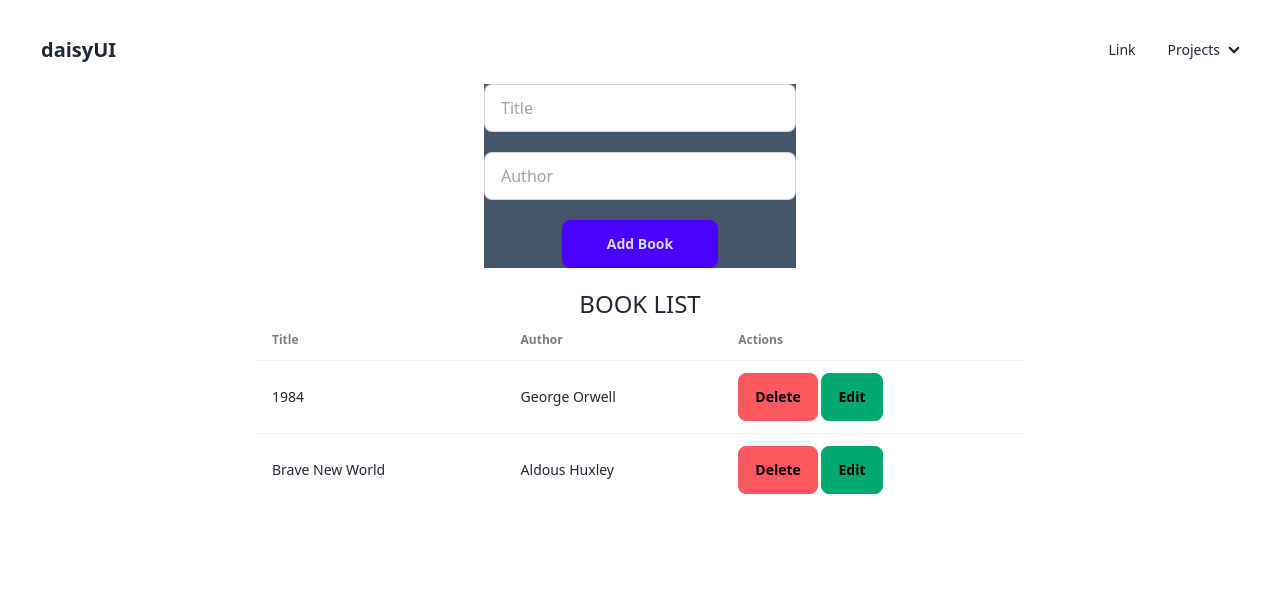
Repository: sibi24sibi/Crud-app-svelte
Page: /
The author's editor kept a copy of each file at every save. The page is drawn from the files as they stood at one save, then again after the next save.
The browser window is 1280 px wide. The pictures show the whole page.
The project was rebuilt for these pictures with package versions that can differ from the ones it lists, and the page was loaded fresh each time. Also part of the build but not shown: svelte.config.js, vite.config.js.

Above is the page before, as saved 2024-06-30 19:11:49.

### index.html
<!doctype html>
<html lang="en" data-theme="light">
  <head>
    <meta charset="UTF-8" />
    <link rel="icon" type="image/svg+xml" href="/vite.svg" />
    <meta name="viewport" content="width=device-width, initial-scale=1.0" />
    <title>Vite + Svelte</title>
  </head>
  <body>
    <div id="app"></div>
    <script type="module" src="/src/main.js"></script>
  </body>
</html>

### src/App.svelte
<script>
  import Navbar from "./Components/Navbar.svelte";

  import AddBook from "./Components/AddBook.svelte";
  import BookList from "./Components/BookList.svelte";
</script>

<main>
  <Navbar />

  <AddBook />
  <BookList />
</main>

<style>
  main {
    text-align: center;
    padding: 1em;
    margin: 0 auto;
  }
</style>

### src/Components/Navbar.svelte
<script></script>

<body>
  <div class="navbar bg-base-100">
    <div class="flex-1">
      <a class="btn btn-ghost text-xl">daisyUI</a>
    </div>
    <div class="flex-none">
      <ul class="menu menu-horizontal px-1">
        <li><a>Link</a></li>
        <li>
          <details>
            <summary>Projects</summary>
            <ul class="bg-base-100 rounded-t-none p-2">
              <li><a>Video player</a></li>
              <li><a>data entry</a></li>
            </ul>
          </details>
        </li>
      </ul>
    </div>
  </div>
</body>

<style>
</style>

### src/Components/AddBook.svelte
<script>
  import { books } from "./BookStore.js";
  let title = "";
  let author = "";

  function addBook() {
    books.update((items) => [
      ...items,
      { id: items.length ? items[items.length - 1].id + 1 : 1, title, author },
    ]);
    title = "";
    author = "";
  }
</script>

<div
  class="flex flex-col mx-auto gap-5 justify-center items-center bg-slate-600 w-1/4"
>
  <input
    placeholder="Title"
    class="input input-bordered w-full max-w-xs"
    bind:value={title}
  />
  <input
    placeholder="Author"
    class="input input-bordered w-full max-w-xs"
    bind:value={author}
  />
  <button class="btn btn-primary w-1/2" {addBook}>Add Book</button>
</div>

### src/Components/BookList.svelte
<script>
  import { books } from "./BookStore.js";
  let editableBook = null;

  function deleteBook(id) {
    books.update((items) => items.filter((item) => item.id !== id));
  }

  function editBook(book) {
    editableBook = { ...book };
  }

  function saveEdit() {
    books.update((items) =>
      items.map((item) => (item.id === editableBook.id ? editableBook : item))
    );
    editableBook = null;
  }
</script>

<div class="overflow-x-auto max-w-3xl mx-auto my-5">
  <h1 class="text-2xl uppercase">Book List</h1>
  <table class="table">
    <thead>
      <tr>
        <th>Title</th>
        <th>Author</th>
        <th>Actions</th>
      </tr>
    </thead>
    <tbody>
      {#each $books as book}
        <tr>
          {#if editableBook && editableBook.id === book.id}
            <td
              ><input
                class="input input-bordered"
                bind:value={editableBook.title}
              /></td
            >

            <td>
              <input
                class="input input-bordered"
                bind:value={editableBook.author}
              /></td
            >
            <td>
              <button class="btn btn-primary" on:click={saveEdit}>Save</button
              ></td
            >
          {:else}
            <td>{book.title} </td> <td> {book.author} </td>
            <td
              ><button
                class="btn btn-error"
                on:click={() => deleteBook(book.id)}>Delete</button
              >
              <button class="btn btn-success" on:click={() => editBook(book)}
                >Edit</button
              ></td
            >
          {/if}
        </tr>
      {/each}
    </tbody>
  </table>
</div>

### src/Components/BookStore.js
import { writable } from "svelte/store";

export const books = writable([
  { id: 1, title: "1984", author: "George Orwell" },
  { id: 2, title: "Brave New World", author: "Aldous Huxley" },
]);

### tailwind.config.js
/** @type {import('tailwindcss').Config} */
export default {
  content: ["./index.html", "./src/**/*.{svelte,js,ts,jsx,tsx}"],
  theme: {
    extend: {},
  },
  plugins: [require("daisyui")],
};

Loaded but not shown: src/main.js (common file); src/app.css (common file)

After the next save:
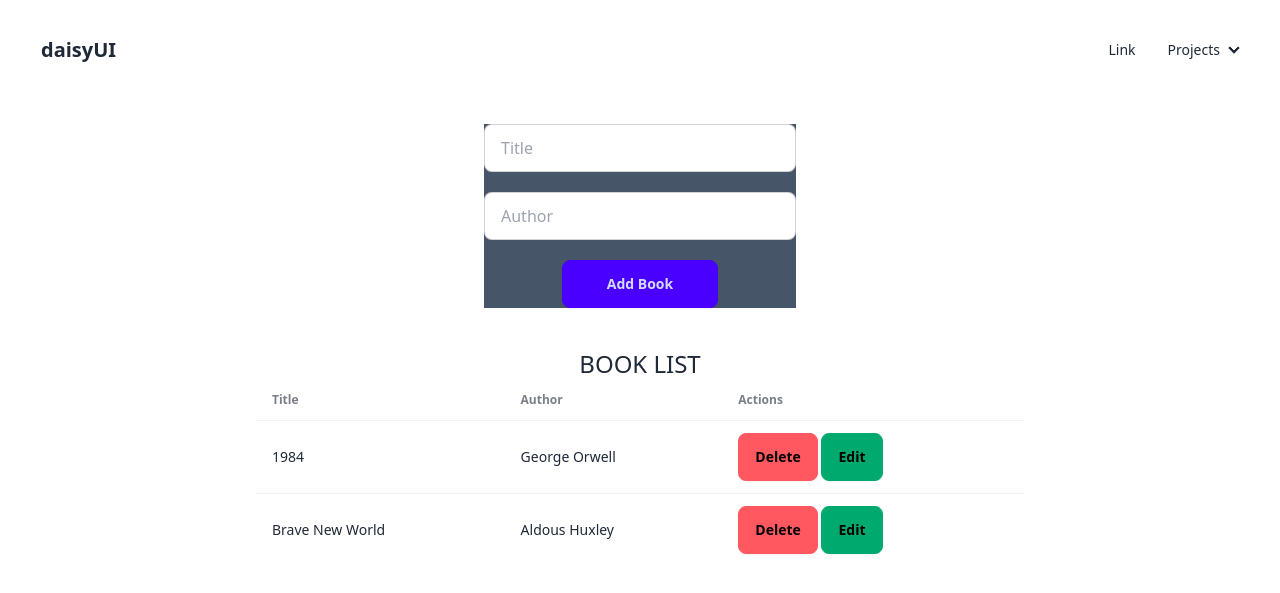
Saved 8 s later.
--- a/src/Components/AddBook.svelte
+++ b/src/Components/AddBook.svelte
@@ -14,7 +14,7 @@
 </script>
 
 <div
-  class="flex flex-col mx-auto gap-5 justify-center items-center bg-slate-600 w-1/4"
+  class="flex flex-col mx-auto gap-5 justify-center m-10 items-center bg-slate-600 w-1/4"
 >
   <input
     placeholder="Title"
